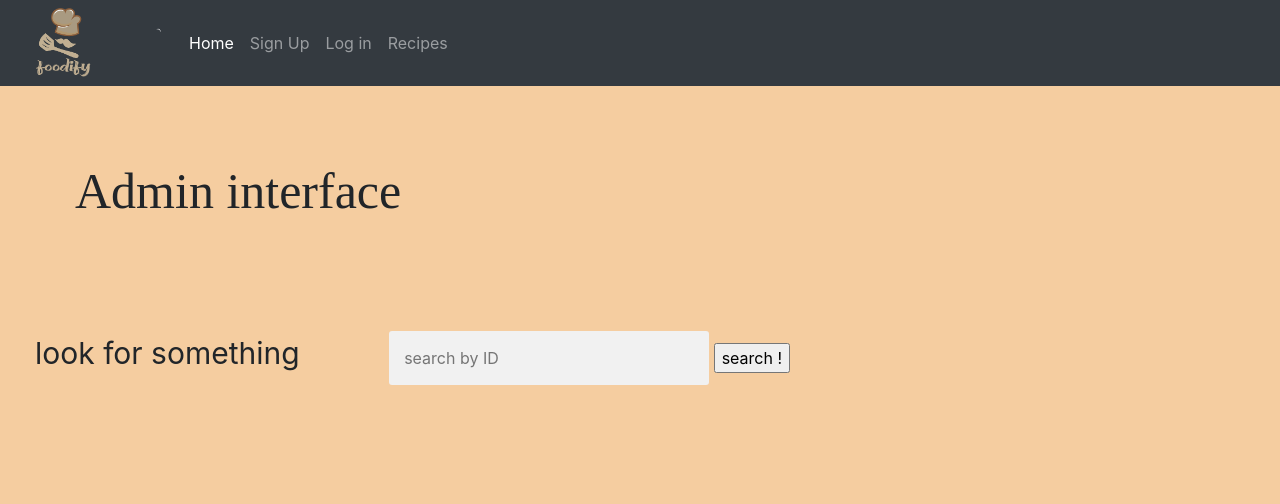
Repository: RanaHisham18/Foodify-Web-App
Page: http://localhost/Project IA raghda/admin.php
The author's editor kept a copy of each file at every save. The page is drawn from the files as they stood at one save, then again after a run of saves.
The browser window is 1280 px wide. The pictures show the whole page.
The page is run by PHP 8.4 with error messages shown; the project is at /var/www/html/.

Above is the page before, as saved 2022-01-05 21:53:49.

### Project IA raghda/admin.php
<!DOCTYPE html>
<html lang="en">
<head>
    <meta charset="UTF-8">
    <meta http-equiv="X-UA-Compatible" content="IE=edge">
    <meta name="viewport" content="width=device-width, initial-scale=1.0">
    <meta name="viewport" content="width=device-width, initial-scale=1.0">
    <link rel="stylesheet" href="https://maxcdn.bootstrapcdn.com/bootstrap/4.0.0/css/bootstrap.min.css"
     integrity="sha384-Gn5384xqQ1aoWXA+058RXPxPg6fy4IWvTNh0E263XmFcJlSAwiGgFAW/dAiS6JXm" crossorigin="anonymous">
     <link rel="stylesheet" href="admin.css">
    <title>Admin Search</title>
</head>
<body>

 <!--Navigation Bar-->
 <nav class="navbar navbar-expand-lg navbar-dark bg-dark sticky-top">
     <img class="image" src="images/foodify.png" alt="Foodify logo">

        <button class="navbar-toggler" type="button" data-bs-toggle="collapse" data-bs-target="#navbarScroll" aria-controls="navbarScroll" aria-expanded="false" aria-label="Toggle navigation">
          <span class="navbar-toggler-icon"></span>
        </button>
      <div class="container-fluid">
          <div class="collapse navbar-collapse" id="navbarScroll">
            <ul class="navbar-nav me-auto my-2 my-lg-0 navbar-nav-scroll" style="--bs-scroll-height: 100px;">
              <li class="nav-item">
                <a class="nav-link active" aria-current="page" href="home.php">Home</a>
              </li>
              <li class="nav-item">
                <a class="nav-link" href="register.php">Sign Up</a>
              </li>
              <li class="nav-item">
                <a class="nav-link" href="login.php">Log in</a>
              </li>
              <li class="nav-item">
                <a class="nav-link" href="#recipes">Recipes</a>

              </li>
            </ul>

          </div>
        </div>
    </nav>
    <header><h2>Admin interface</h2></header>
    <form method="POST">
        <label class="label">look for something</label>
        <input type="text" name="search" placeholder="search by ID" autocomplete="off" required>
        <input type="submit" name="submit" value="search !">

    </form>
<?php

include 'server1.php';
$con = 'server1.php';
if(isset($_POST['submit'])){
    $ss = $_POST['search'];
    $query= "SELECT * FROM `reciepes` WHERE `id`='$ss'";
    $ress = mysqli_query($db,$query);

if ($roww = mysqli_fetch_array($ress)){

?>
    <br/><br/>
    <center>
    <table border="2">
    <tr>
        <th>Name</th>
        <th>ID</th>
        <th>color</th>
        <th>price</th>
        <th>Image</th>
        <th>Edit</th>
        <th>Delete</th>


    </tr>

    <tr>
        <Td><?php echo $roww['name'] ?> </Td>
        <Td><?php echo $roww['id'] ?> </Td>
        <Td><?php echo $roww['category'] ?> </Td>
        <td><img src=" <?php echo $roww['image']; ?>"/> </td>
        <td><a href=" update.php?id= <?php echo $roww['id']; ?>">Edit</a></td>
        <td><a href=" delete.php?id= <?php echo $roww['id']; ?>">Delete</a></td>




    </tr>
    </table>
    </center>
    <?php
}
else{
    echo "Name not found";


} }
?>

<script src="https://cdn.jsdelivr.net/npm/bootstrap@5.1.3/dist/js/bootstrap.bundle.min.js" integrity="sha384-ka7Sk0Gln4gmtz2MlQnikT1wXgYsOg+OMhuP+IlRH9sENBO0LRn5q+8nbTov4+1p" crossorigin="anonymous"></script>
</body>
</html>

### Project IA raghda/server1.php
<?php
if(!isset($_SESSION)){
    session_start();
}

$error=array();
$db=mysqli_connect('localhost','root','','section');


if(isset($_POST['register'])){
    $firstname=mysqli_real_escape_string($db,$_POST['firstname']);
    $lastname=mysqli_real_escape_string($db,$_POST['lastname']);
    $email=mysqli_real_escape_string($db,$_POST['email']);
    $password1=mysqli_real_escape_string($db,$_POST['psw1']);
    $password2=mysqli_real_escape_string($db,$_POST['psw2']);
    if(empty($firstname)){
        array_push($error,"Firstname is required");
    }
    if(empty($lastname)){
        array_push($error,"Lastname is required");
    }
    if(empty($email)){
        array_push($error,"Email is required");
    }
    if(empty($password1)){
        array_push($error,"Password is required");
    }
    if(empty($password2)){
        array_push($error,"Confirm password is required");
    }
    if($password1!=$password2){
        array_push($error,"Passwords do not match");
    }
    if(count($error)==0){
        $sql="INSERT INTO users(firstname,lastname,email,password,confirmpassword) Values('$firstname','$lastname','$email','$password1','$password2')";
        mysqli_query($db,$sql);
    }

}
//login
if(isset($_POST['login'])){
    $email=mysqli_real_escape_string($db,$_POST['email']);
    $password=mysqli_real_escape_string($db,$_POST['psw']);
    if(empty($email)){
        array_push($error,"Email is required");
    }
    if(empty($password)){
        array_push($error,"Password is required");
    }
    if(count($error)==0){
        $query="SELECT * FROM users WHERE email='$email' AND password='$password'";
        $result=mysqli_query($db,$query);
        if(mysqli_num_rows($result)==1){
            $_SESSION['email']=$email;
            $_SESSION['success']="Welcome you are logged in";
            //redirect user to recipes page
            header('Location:records.php');
        }
    }
}
//logout
if(isset($_GET['logout'])){
    session_destroy();
    unset($_SESSION['email']);
    header('location:login.php');
}

### Project IA raghda/admin.css
.image{
    cursor: pointer;
    height:70px;
     width:130px;
    margin-left: 20px;
  }
  .scroll{
      margin-top:200px;
      margin-left:50px;
  }
  h2{
    font-family: 'Pacifico', cursive;
    font-size: 50px;
    margin: 75px;
}
body
{
    background-color: #f5cda0;
}

input[type=text] {
    width :25%;
    padding: 15px;
    margin: 5px 0 10px 0;
    margin-left: 50px;
    display: inline-block;
    border: none;
    border-radius: 3px;
    background: #f1f1f1;
  }

  input[type=text]:focus {
    background-color: #ddd;
    outline: none;
  }
.label{
    margin: 35px;
    font-size: 30px;
}


input[type= submit]{
    margi

}

After the next 2 saves:
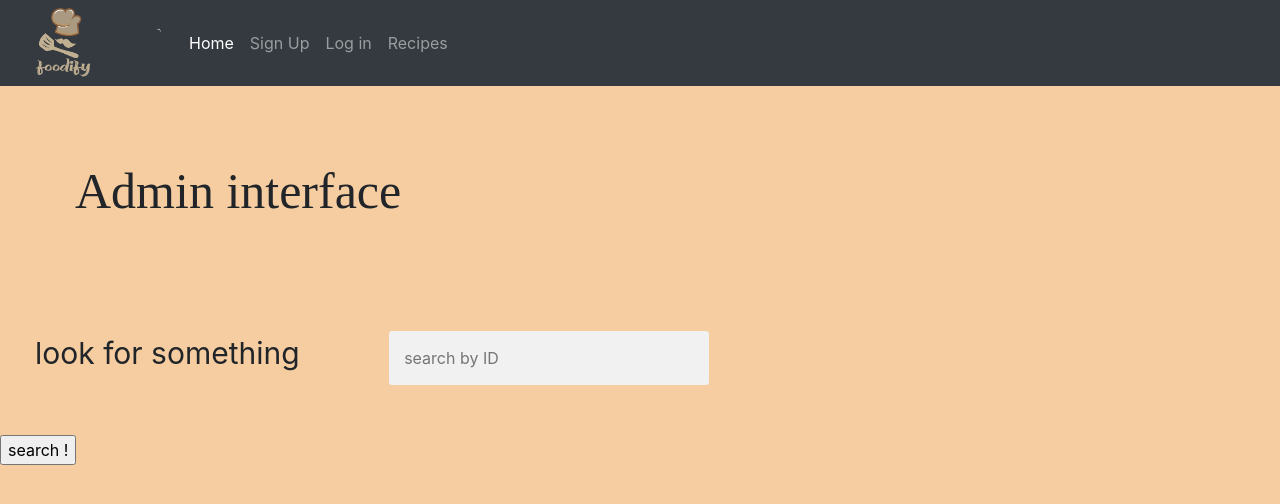
The 2 saves are shown as one change because they came seconds apart.
The last was saved 11 s later.
--- a/Project IA raghda/admin.php
+++ b/Project IA raghda/admin.php
@@ -43,7 +43,7 @@
     <header><h2>Admin interface</h2></header>
     <form method="POST">
         <label class="label">look for something</label>
-        <input type="text" name="search" placeholder="search by ID" autocomplete="off" required>
+        <input type="text" name="search" placeholder="search by ID" autocomplete="off" required>  <br> <br>
         <input type="submit" name="submit" value="search !">
 
     </form>
